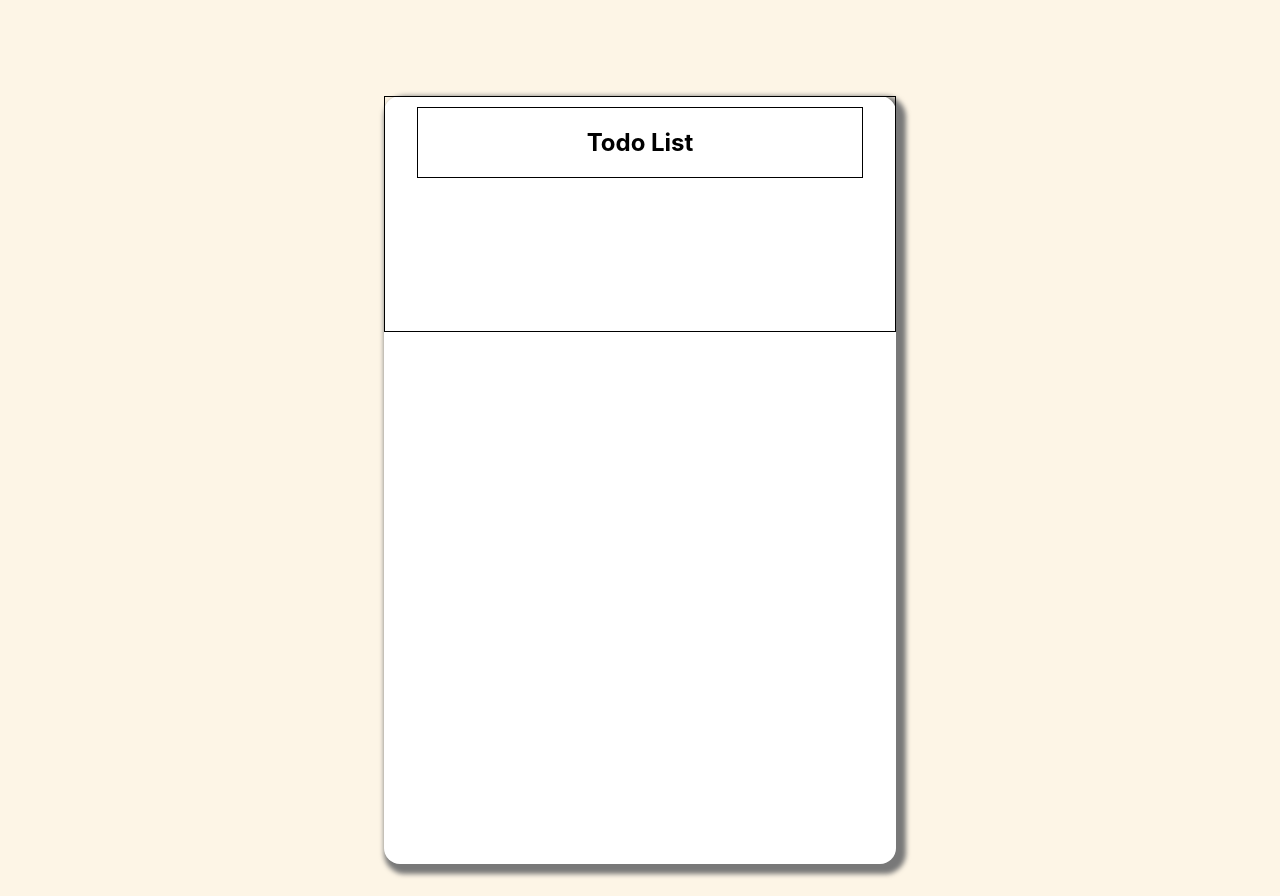
Repository: sungwon-H/React_Project
Page: / (app in TodoList/todolist_project/)
These files come from the project's save history. The page is drawn as it stood at one moment and after the next save; the edit follows.
The browser window is 1280 px wide. The pictures show the whole page.
The project was rebuilt for these pictures with package versions that can differ from the ones it lists, and the page was loaded fresh each time.

Above is the page before, as saved 2020-12-30 02:41:52.

After the next save:
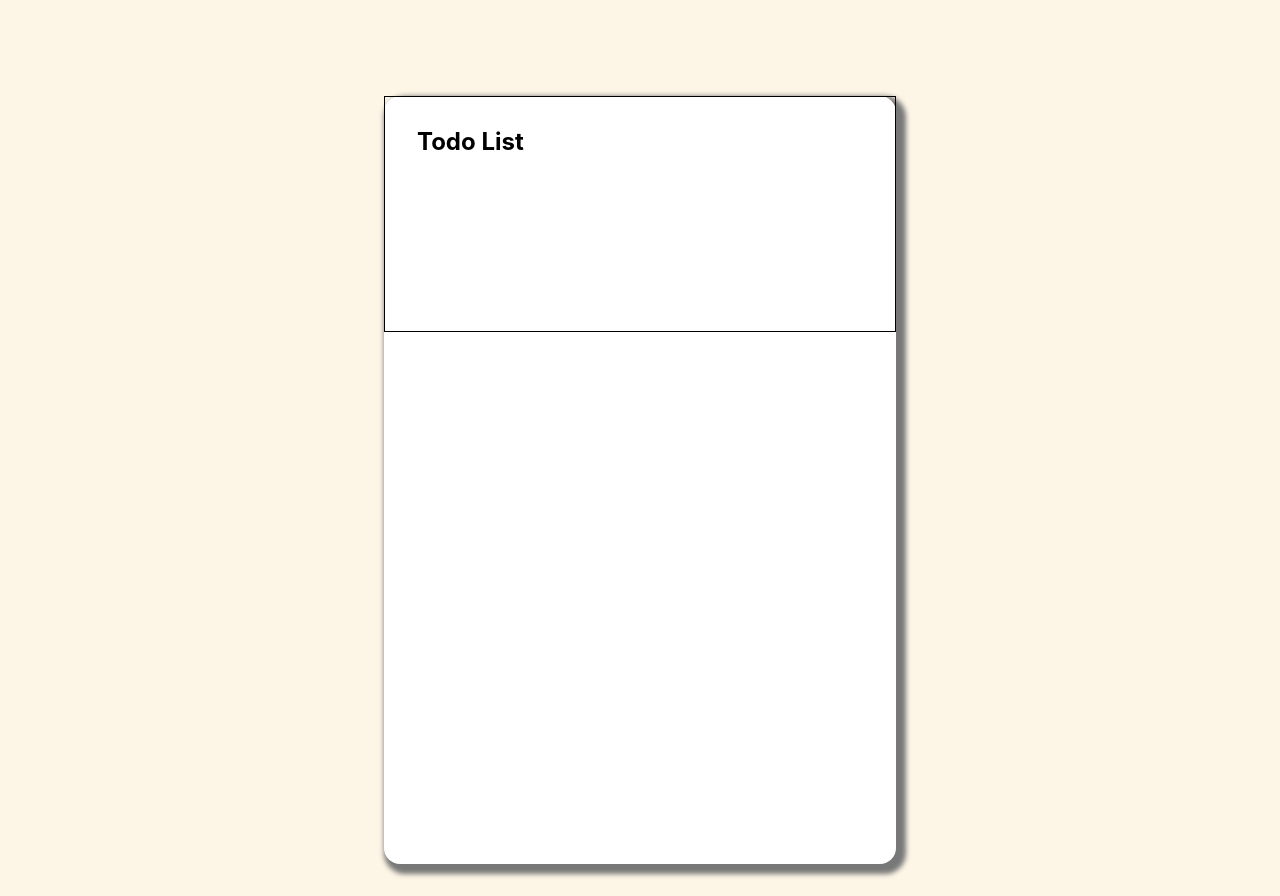
Saved 98 s later.
--- a/TodoList/todolist_project/src/components/TodoTitle.js
+++ b/TodoList/todolist_project/src/components/TodoTitle.js
@@ -1,17 +1,12 @@
 import React from 'react';
-import styled from 'styled-components';
-
-const TodoTitleBlock = styled.div`
-    border: 1px solid black;
-    text-align: center;
+import "./TodoTitle.scss";
 
 
-`
 function TodoTitle(){
     return(
-        <TodoTitleBlock>
+
             <h2>Todo List</h2>
-        </TodoTitleBlock>
+
     )
 }
 
